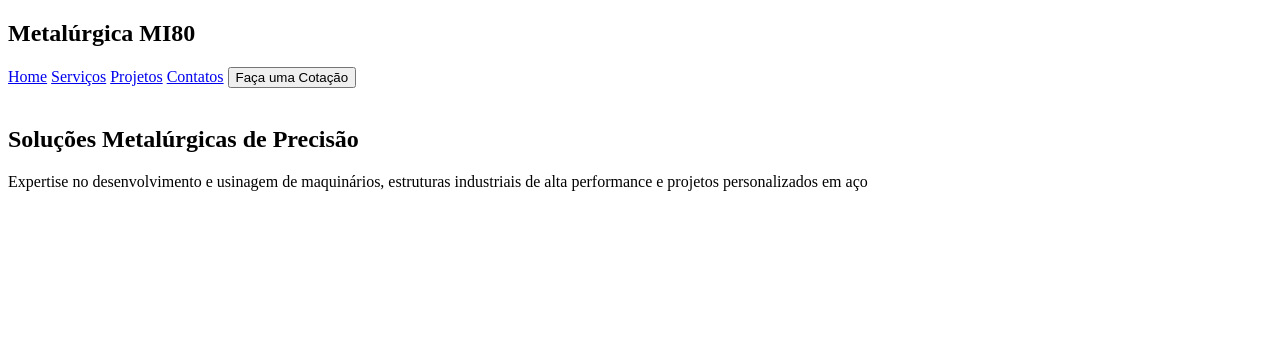
Repository: guiCherpinski/landing-page-metalurgica
Page: index.html
These files come from the project's save history. The page is drawn as it stood at one moment and after the next save; the edit follows.
The browser window is 1280 px wide. The pictures show the whole page.

Above is the page before, as saved 2026-06-03 18:38:42.

After the next save:
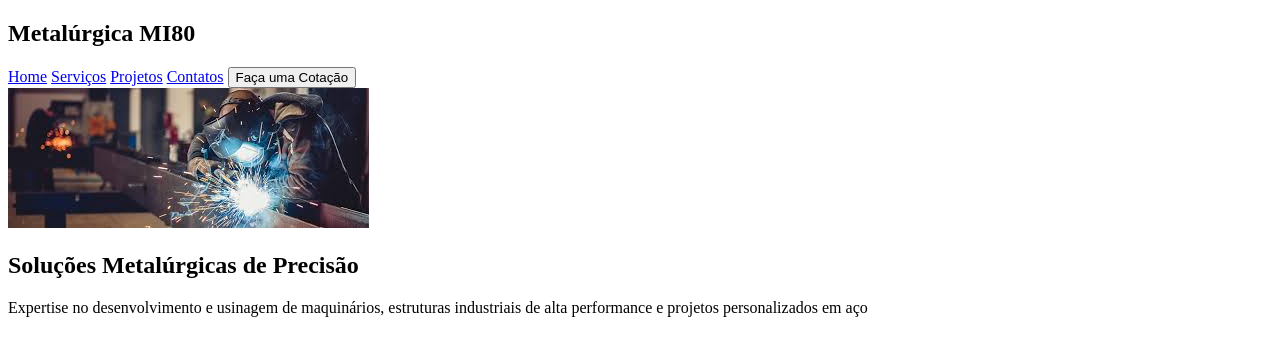
Saved 71 s later.
--- a/index.html
+++ b/index.html
@@ -21,7 +21,7 @@
     </header>
 
     <section class = "hero-section">
-        <img src="" alt="">
+        <img src="./img/soldador.png" alt="">
         <div class = "textHero">
             <h2>Soluções Metalúrgicas de Precisão</h2>
             <p>Expertise no desenvolvimento e usinagem de maquinários, estruturas industriais de alta performance e projetos personalizados em aço</p>
